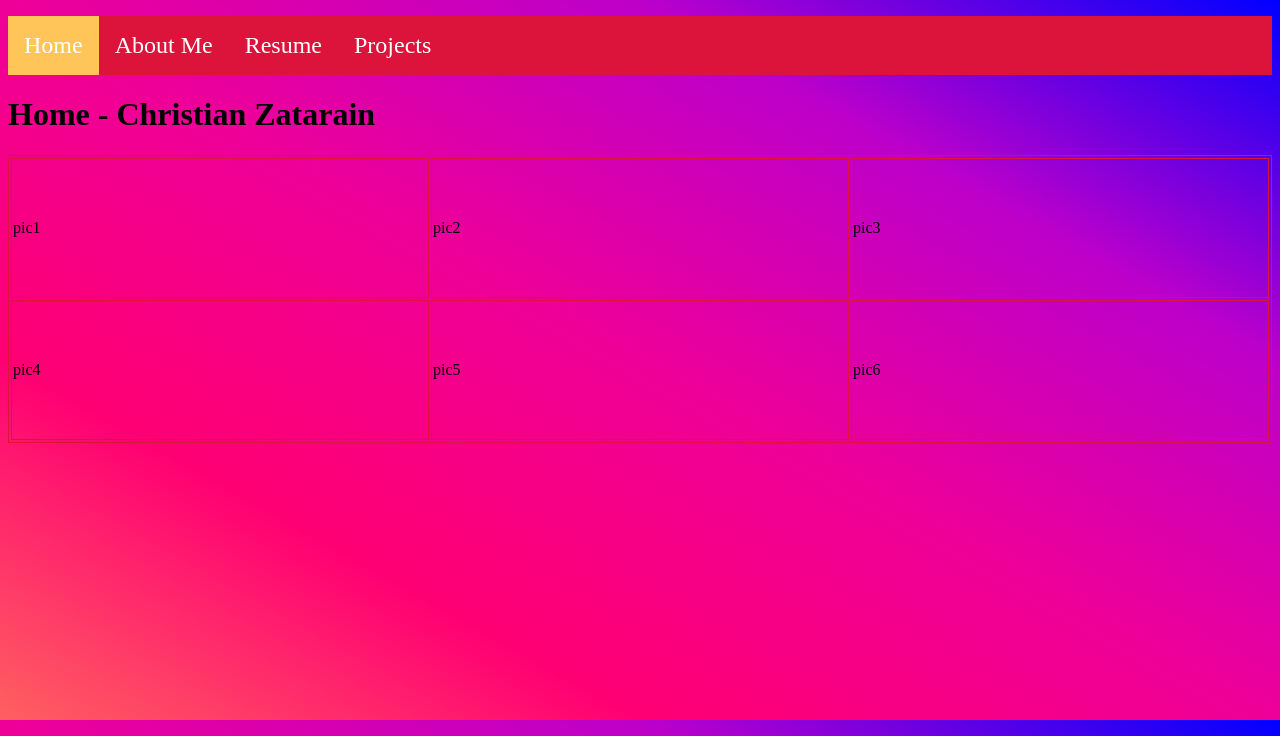
Repository: Zatarain10/Zatarain10.github.io
Page: index.html
The author's editor kept a record of every edit. The page is drawn from the files as they stood at one moment, then again after the next edit.
The browser window is 1280 px wide. The pictures show the whole page.

Above is the page before.

After the next edit:
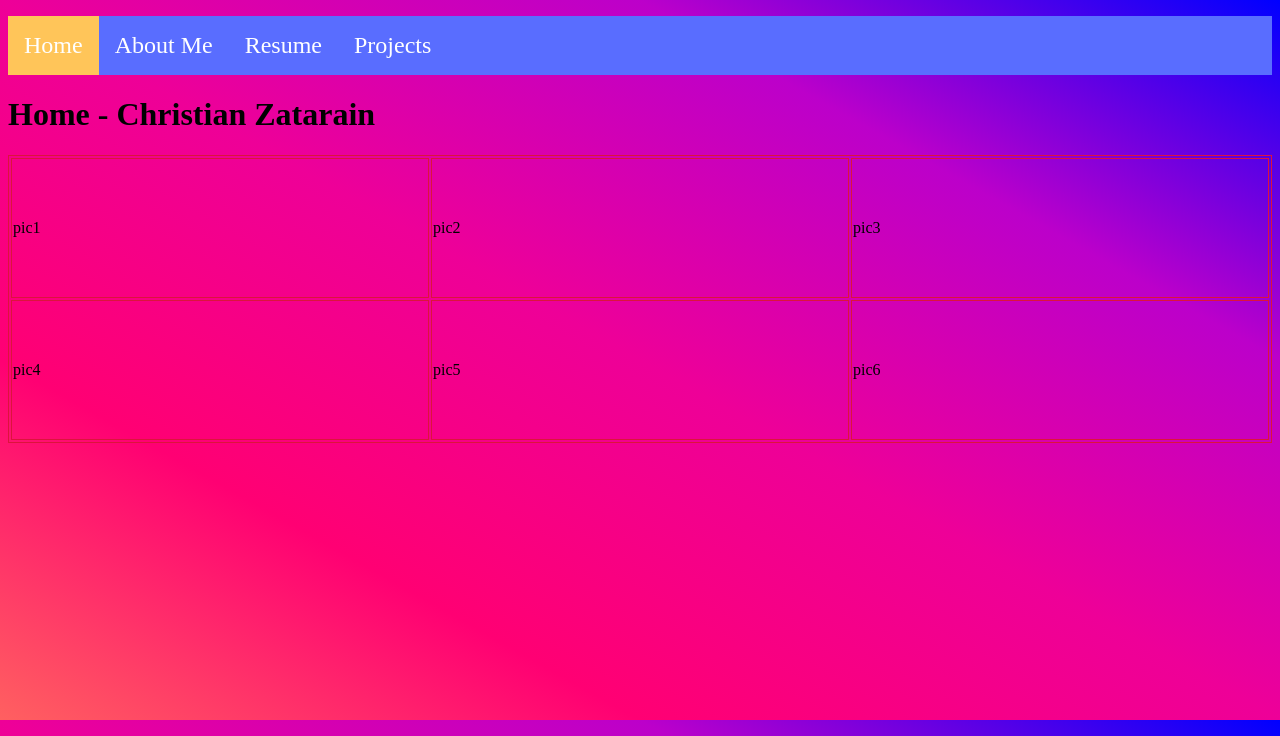
The edit:
--- a/style.css
+++ b/style.css
@@ -1,6 +1,6 @@
         .navbar{
             list-style:none;
-            background-color: Crimson;
+            background-color: #596dff;
             overflow:hidden;
             padding:0;
         }
